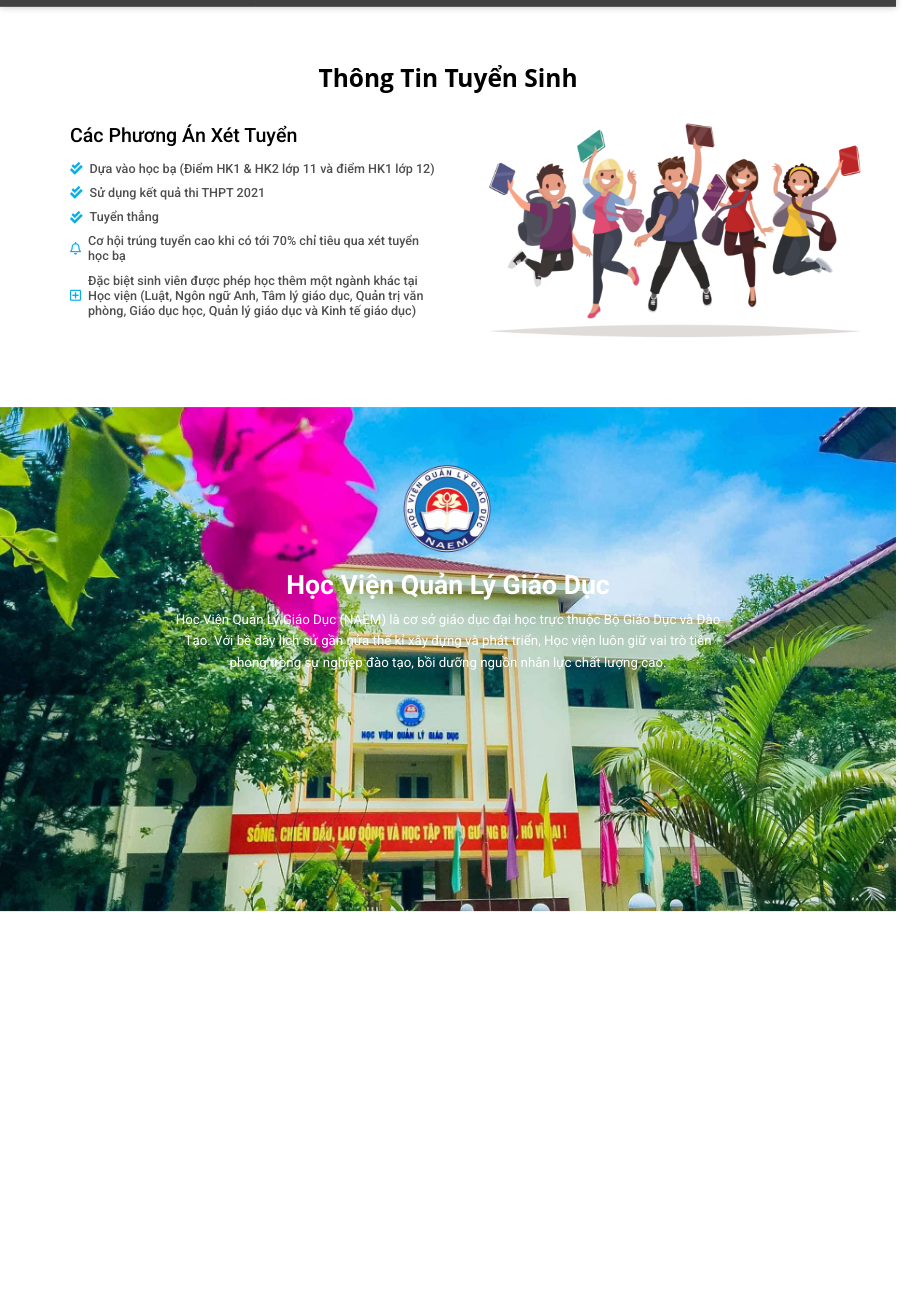
Repository: hongphuck1/trangweb1
Page: index.html
The author's editor kept a copy of each file at every save. The page is drawn from the files as they stood at one save, then again after the next save.
The browser window is 1280 px wide. The page is 1288 px wide, so the pictures cover 1288 px, including what lies to the right of the window. The pictures show the part of the page from y = 652 to 2532 px (the page is 4941 px tall), at 70% of full size.
Pictures or frames that could not be fetched are drawn as grey boxes.

Above is the page before, as saved 2021-09-07 01:38:37.

After the next save:
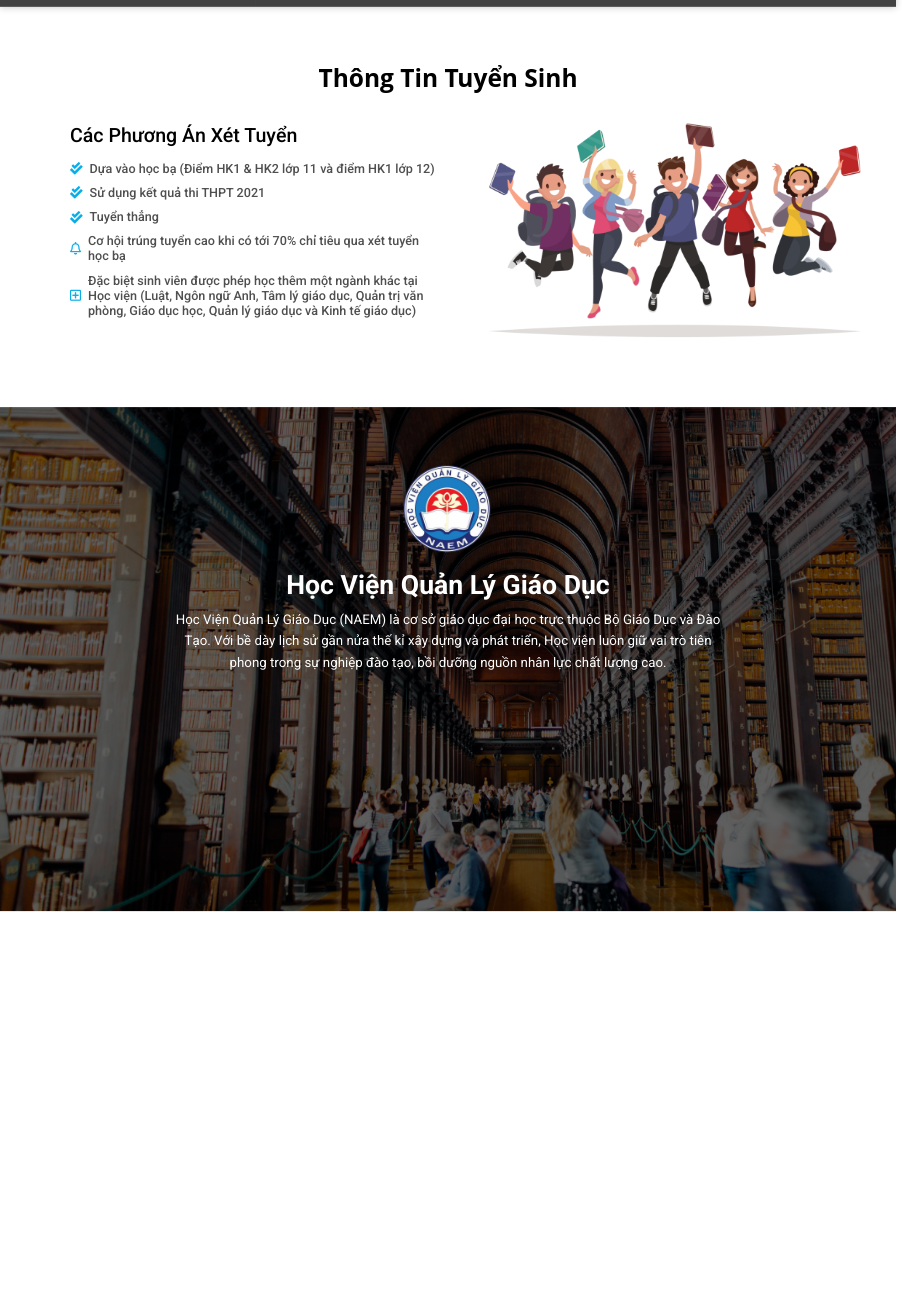
Saved 2 min 2 s later.
--- a/css/style.css
+++ b/css/style.css
@@ -236,7 +236,7 @@
           }
 
 .container-body-review {
-  background-image: url(../img/221685324_210019654383048_3721932711639813172_n.jpg);
+  background-image: url(../img/Thiết\ kế\ không\ tên.png);
   background-repeat: no-repeat;
   background-size: cover;
   height: 100vh;
